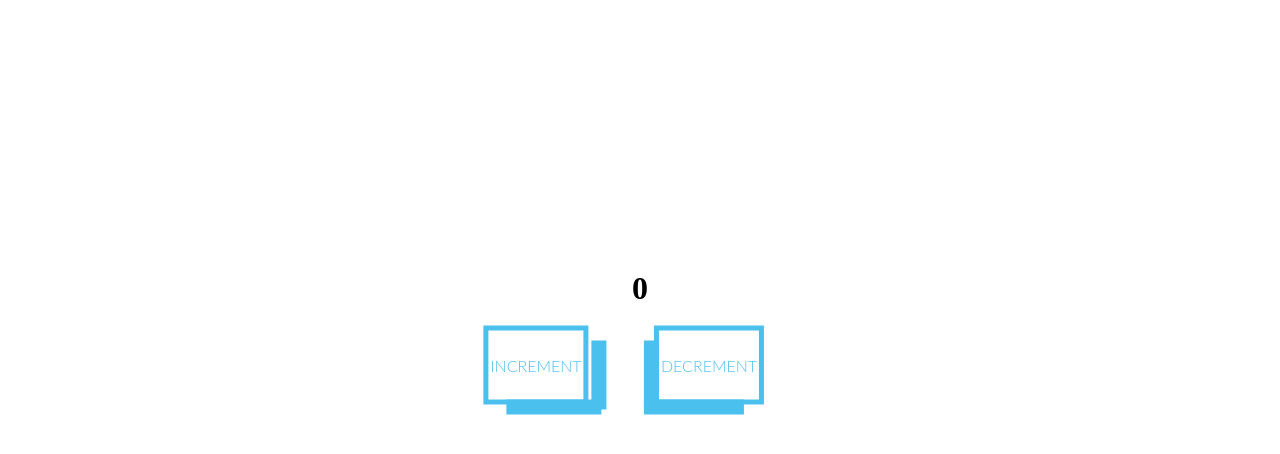
Repository: Ellisvelandia/react_introduction_test
Page: /
An editor plug-in stored every save of this project. The page is shown before and after the next save, followed by the edit.
The browser window is 1280 px wide. The pictures show the whole page.
The project was rebuilt for these pictures with package versions that can differ from the ones it lists, and the page was loaded fresh each time. Also part of the build but not shown: src/index.css.

Above is the page before, as saved 2022-08-15 20:18:22.

After the next save:
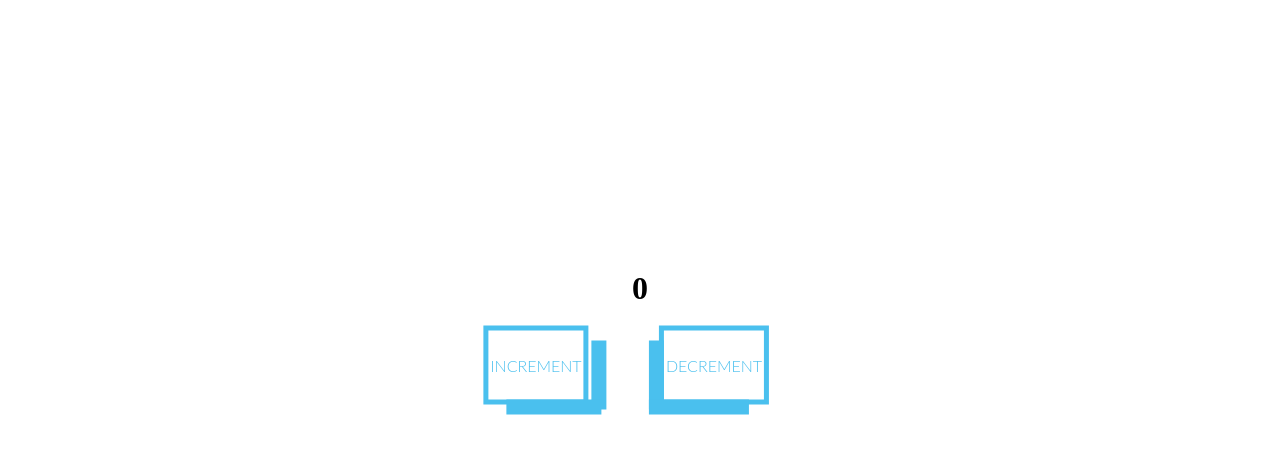
Saved 4 s later.
--- a/src/App.scss
+++ b/src/App.scss
@@ -111,7 +111,7 @@ button {
   left: 55%;
   top: 50%;
   transform: translateX(-50%) translateY(-50%);
-  margin-right: 10px;
+  margin-left: 10px;
   background: #fff;
   max-width: 120px;
   padding: 25px 2px;
